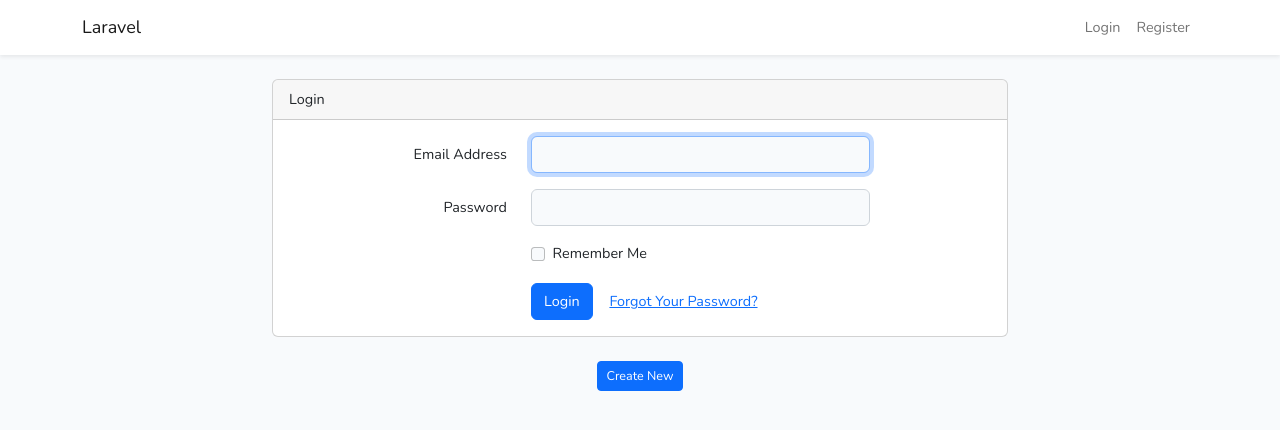
Repository: Hellcat98/Practica_laravel_alfredo
Page: http://localhost/login
The author's editor kept a copy of each file at every save. The page is drawn from the files as they stood at one save, then again after the next save.
The browser window is 1280 px wide. The pictures show the whole page.
The page is served by the project's Laravel application, run on PHP 8.4 with Laravel 10. Style sheets and scripts are compiled from the project's sources, by tool versions that may differ from the author's.

Above is the page before, as saved 2023-06-11 17:16:58.

After the next save:
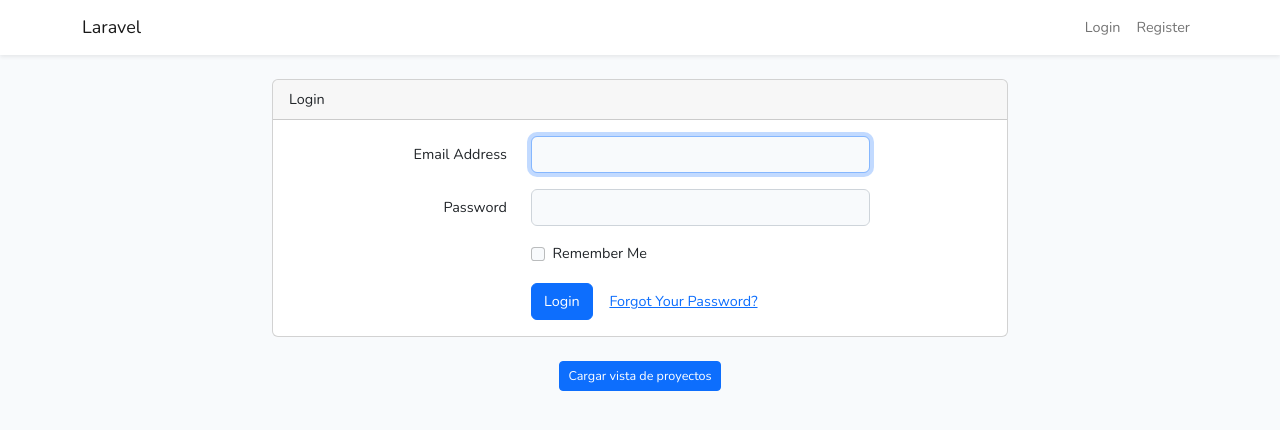
Saved 18 s later.
--- a/resources/views/layouts/app.blade.php
+++ b/resources/views/layouts/app.blade.php
@@ -80,7 +80,7 @@
 
     <div class="float-right">
        <center> <a href="{{ route('proyecto.create') }}" class="btn btn-primary btn-sm float-right"  data-placement="left">
-          {{ __('Create New') }}
+          {{ __('Cargar vista de proyectos') }}
         </a>
       </div></center>
 </body>
